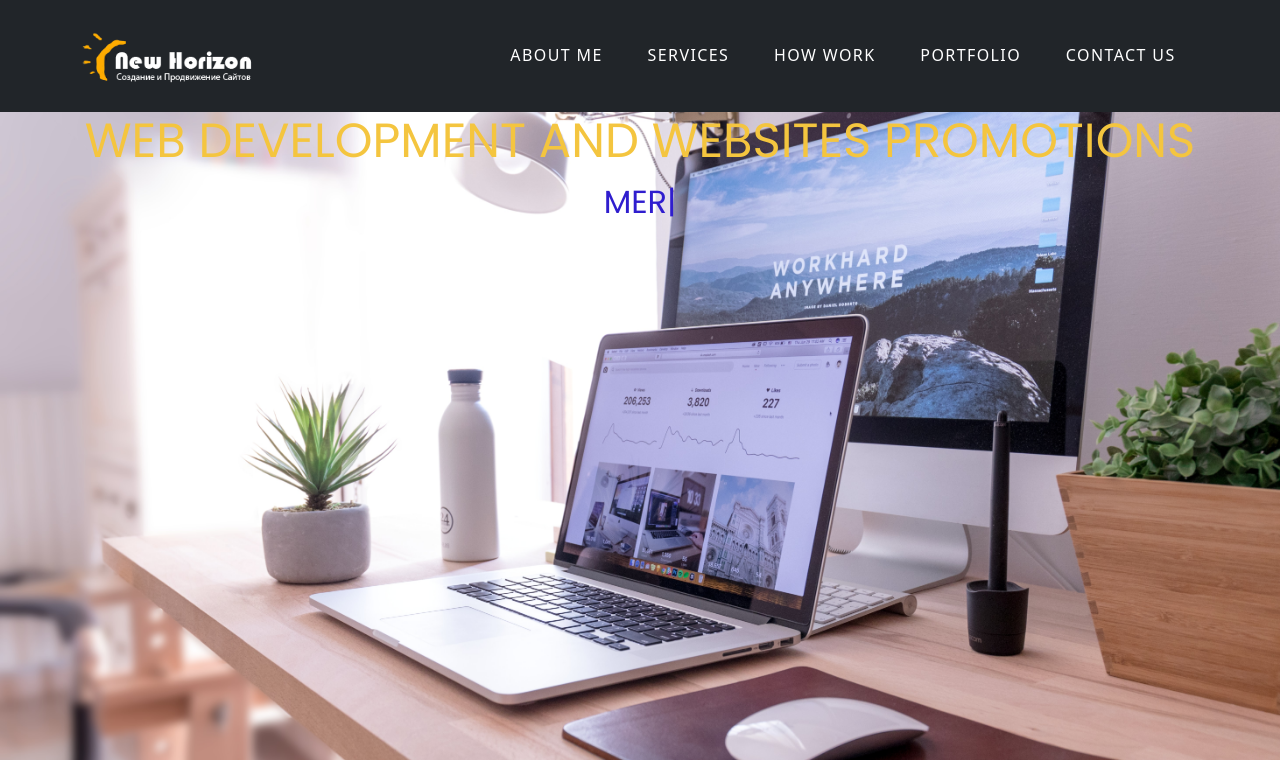
Repository: ahmedibrahimhassan654/React-Bootstrap-5
Page: /
These files come from the project's save history. The page is drawn as it stood at one moment and after the next save; the edit follows.
The browser window is 1280 px wide. The pictures show the whole page.
The project was rebuilt for these pictures with package versions that can differ from the ones it lists, and the page was loaded fresh each time.

Above is the page before, as saved 2021-11-25 06:53:46.

### public/index.html
<!DOCTYPE html>
<html lang="en">
  <head>
    <meta charset="utf-8" />
    <link rel="icon" href="%PUBLIC_URL%/favicon.ico" />
    <meta name="viewport" content="width=device-width, initial-scale=1" />
    <meta name="theme-color" content="#000000" />
    <meta
      name="description"
      content="Web site created using create-react-app"
    />
    <link rel="apple-touch-icon" href="%PUBLIC_URL%/logo192.png" />
    <!--
      manifest.json provides metadata used when your web app is installed on a
      user's mobile device or desktop. See https://developers.google.com/web/fundamentals/web-app-manifest/
    -->
    <link rel="manifest" href="%PUBLIC_URL%/manifest.json" />
    <!--
      Notice the use of %PUBLIC_URL% in the tags above.
      It will be replaced with the URL of the `public` folder during the build.
      Only files inside the `public` folder can be referenced from the HTML.

      Unlike "/favicon.ico" or "favicon.ico", "%PUBLIC_URL%/favicon.ico" will
      work correctly both with client-side routing and a non-root public URL.
      Learn how to configure a non-root public URL by running `npm run build`.
    -->
    <title>React App</title>
  </head>
  <body>
    <noscript>You need to enable JavaScript to run this app.</noscript>
    <div id="root"></div>


 <script src="https://cdn.jsdelivr.net/npm/bootstrap@5.0.2/dist/js/bootstrap.bundle.min.js" integrity="sha384-MrcW6ZMFYlzcLA8Nl+NtUVF0sA7MsXsP1UyJoMp4YLEuNSfAP+JcXn/tWtIaxVXM" crossorigin="anonymous"></script>

  </body>
</html>

### src/App.js
import "./App.css";
import "bootstrap/dist/css/bootstrap.min.css";
import Navbar from "./components/Navbar";
import Header from "./components/Header";
function App() {
  return (
    <>
      <Navbar />
      <Header />
    </>
  );
}

export default App;

### src/App.css
/* Font Imported */
@import url("https://fonts.googleapis.com/css2?family=Poppins:wght@300;400&family=Work+Sans:wght@300&display=swap");

:root {
  --primary-white: #fff;
  --primary-orage: #f4c53f;
  --primary-dark: #212529;
  --primary-green: #44ee17;
}

body {
  font-family: "Poppins", sans-serif;
}
/* Nav Bar */
.logo {
  width: 16.25rem;
}
/* Menu Link */

nav a.nav-link {
  /* font-weight: 900; */
  letter-spacing: 0.0875rem;
  cursor: pointer;
}
nav ul li {
  text-transform: uppercase;
}
.navbar-nav li a {
  color: var(--primary-white) !important;
  margin-right: 0.9rem;
  margin-left: 0.9rem;
  border-bottom: 0.1875rem solid var(--primary-dark);
}
.navbar-brand {
  max-width: 17.25rem;
  padding: 0 !important;
  height: 6rem;
}
.navbar-nav li a.active,
.navbar-nav li a.active:focus {
  border-bottom: 0.1875rem solid var(--primary-orage);
}
.navbar-nav li a:hover {
  border-top: 0.1875rem solid var(--primary-green);
}
/* Header */
.header-wraper {
  position: relative;
  background-image: url("/src/img/cover.jpg");
  background-size: cover;
  background-position: center;
  height: 90vh;
}
.maininfo {
  display: flex;
  flex-direction: column;
  justify-content: center;
  align-items: center;
  text-align: center;

  font-family: "Poppins", sans-serif;
}
.maininfo h1 {
  color: var(--primary-orage);
  text-transform: uppercase;

  font-size: 3rem;
}

.text-typed {
  color: #2f1dce;
  font-size: 2rem;
}

### src/components/Navbar.jsx
import React from "react";
import logo from "../logo.png";

import { FontAwesomeIcon } from "@fortawesome/react-fontawesome";
import { faBars } from "@fortawesome/free-solid-svg-icons";

const Navbar = () => {
  return (
    <>
      <nav className="navbar navbar-expand-lg navbar-light bg-dark">
        <div className="container">
          <a className="navbar-brand" href="#">
            <img className="logo" src={logo} alt=" logo ...." />
          </a>
          <button
            className="navbar-toggler"
            type="button"
            data-bs-toggle="collapse"
            data-bs-target="#navbarSupportedContent"
            aria-controls="navbarSupportedContent"
            aria-expanded="false"
            aria-label="Toggle navigation"
          >
            <FontAwesomeIcon icon={faBars} style={{ color: "orange" }} />
          </button>
          <div className="collapse navbar-collapse" id="navbarSupportedContent">
            <ul className="navbar-nav ms-auto mb-2 mb-lg-0">
              <li className="nav-item">
                <a className="nav-link " aria-current="page" href="#">
                  about me
                </a>
              </li>
              <li className="nav-item">
                <a className="nav-link" href="#">
                  services
                </a>
              </li>
              <li className="nav-item">
                <a className="nav-link" href="#">
                  How work
                </a>
              </li>
              <li className="nav-item">
                <a className="nav-link" href="#">
                  Portfolio
                </a>
              </li>
              <li className="nav-item">
                <a className="nav-link" href="#">
                  Contact Us
                </a>
              </li>
            </ul>
          </div>
        </div>
      </nav>
    </>
  );
};

export default Navbar;

### src/components/Header.jsx
import React from "react";
import Typed from "react-typed";
const Header = () => {
  return (
    <div className="header-wraper">
      <div className="maininfo">
        <h1> web development and websites promotions</h1>
        <Typed
          className="text-typed"
          strings={[
            "Node Js Developer",
            "React Js Developer",
            "MERN Stack Web Developer",
          ]}
          typeSpeed={80}
          loop
        />
      </div>
    </div>
  );
};

export default Header;

Loaded but not shown: src/index.js (common file); src/reportWebVitals.js (common file)

After the next save:
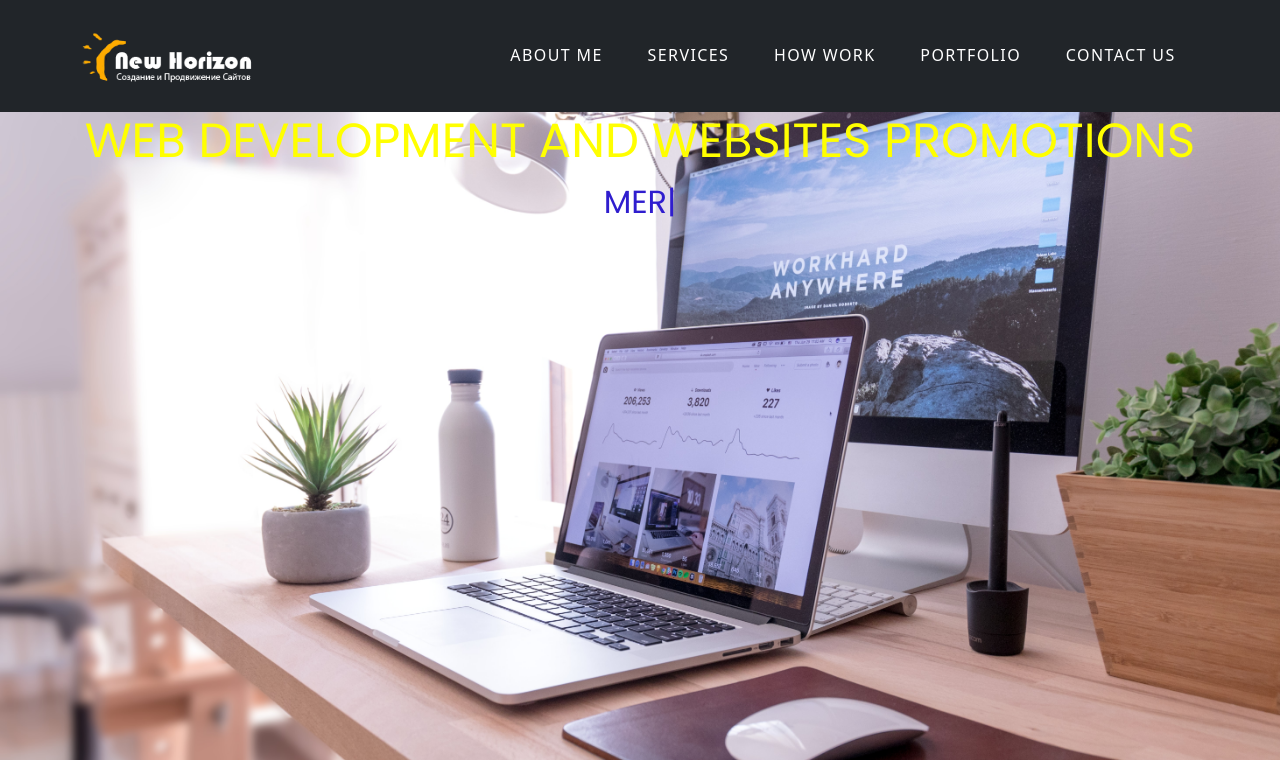
Saved 8 min 16 s later.
--- a/src/App.css
+++ b/src/App.css
@@ -61,7 +61,7 @@ nav ul li {
   font-family: "Poppins", sans-serif;
 }
 .maininfo h1 {
-  color: var(--primary-orage);
+  color: yellow;
   text-transform: uppercase;
 
   font-size: 3rem;
